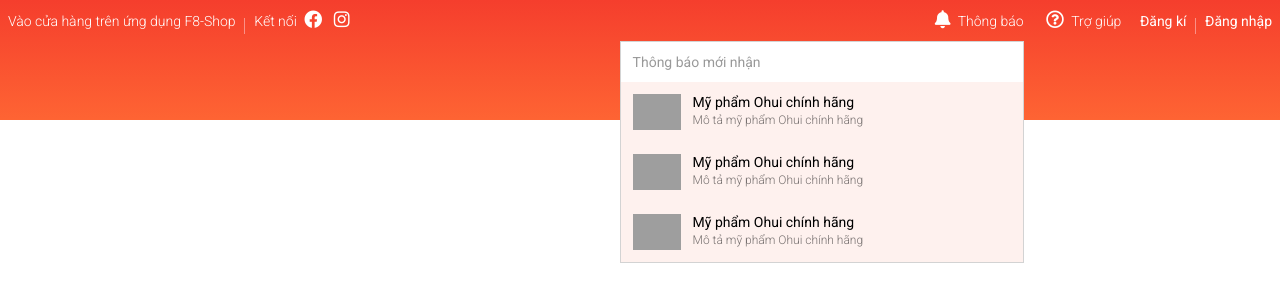
Repository: phunobi1807/shopee
Page: index.html
An editor plug-in stored every save of this project. The page is shown before and after the next save, followed by the edit.
The browser window is 1280 px wide. The pictures show the whole page.
Pictures or frames that could not be fetched are drawn as grey boxes.

Above is the page before, as saved 2021-06-13 12:16:20.

After the next save:
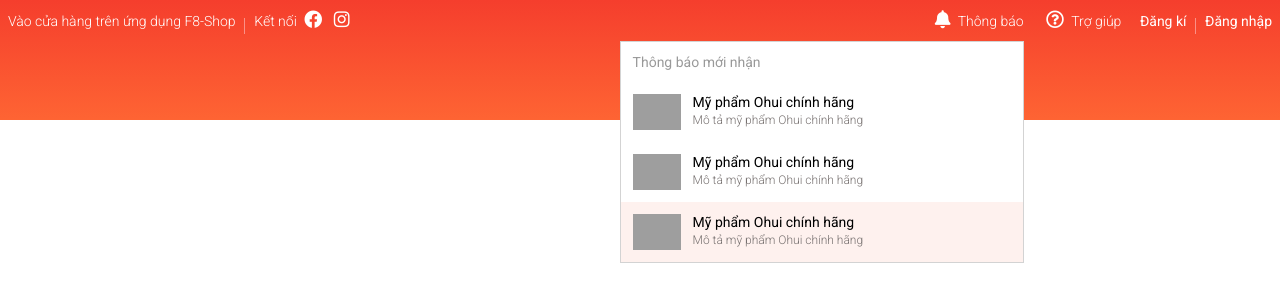
Saved 30 s later.
--- a/assets/css/main.css
+++ b/assets/css/main.css
@@ -151,7 +151,7 @@
 }
 .header__notify-item-viewed
 {
-
+    background-color: rgba(238, 77, 45, 0.08);
 }
 .header__notify-link
 {
@@ -159,7 +159,7 @@
     width: 100%;
     padding: 12px;
     text-decoration: none;
-    background-color: rgba(238, 77, 45, 0.08);
+
 }
 .header__notify-img
 {
